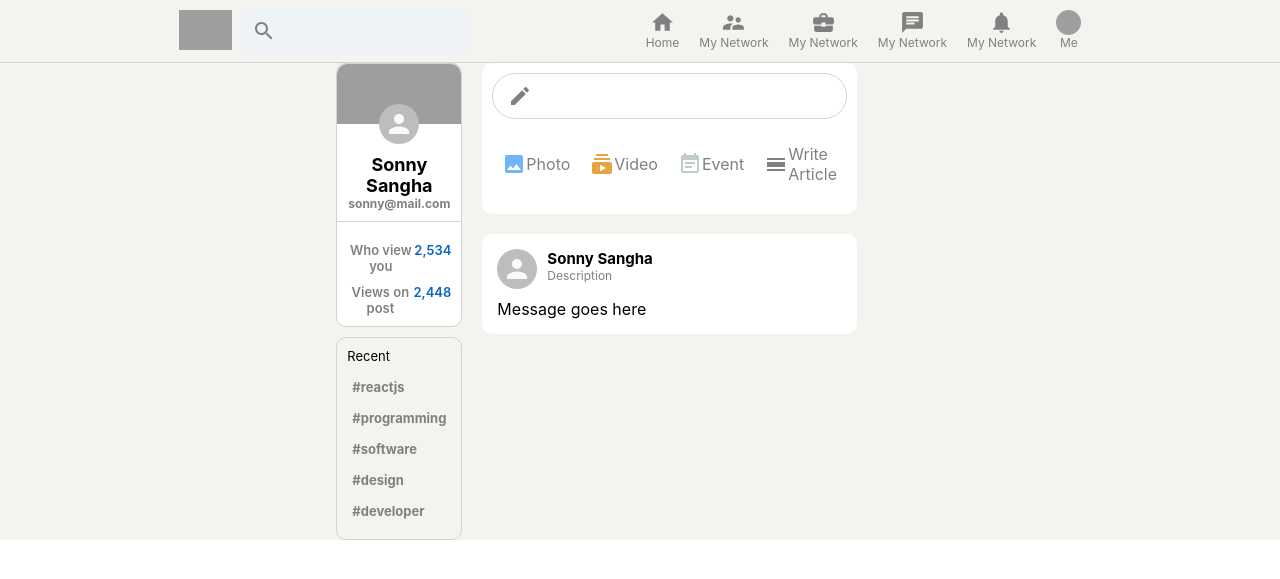
Repository: joaogamarra/linkedin-clone
Page: /
These files come from the project's save history. The page is drawn as it stood at one moment and after the next save; the edit follows.
The browser window is 1280 px wide. The pictures show the whole page.
Pictures or frames that could not be fetched are drawn as grey boxes. The project was rebuilt for these pictures with package versions that can differ from the ones it lists, and the page was loaded fresh each time.

Above is the page before, as saved 2021-02-19 14:22:16.

### src/index.js
import React from 'react'
import ReactDOM from 'react-dom'
import './index.css'
import App from './App'

ReactDOM.render(
	<React.StrictMode>
		<App />
	</React.StrictMode>,
	document.getElementById('root')
)

### src/index.css
* {
	margin: 0;
}

body {
	margin: 0;
	font-family: -apple-system, BlinkMacSystemFont, 'Segoe UI', 'Roboto', 'Oxygen', 'Ubuntu', 'Cantarell',
		'Fira Sans', 'Droid Sans', 'Helvetica Neue', sans-serif;
	-webkit-font-smoothing: antialiased;
	-moz-osx-font-smoothing: grayscale;
}

code {
	font-family: source-code-pro, Menlo, Monaco, Consolas, 'Courier New', monospace;
}

### src/App.js
import './App.css'
import Feed from './components/feed/Feed'
import Header from './components/header/Header'
import Sidebar from './components/sidebar/Sidebar'

function App() {
	return (
		<div className='App'>
			<Header />
			<div className='app__body'>
				<Sidebar />
				<Feed />
			</div>
		</div>
	)
}

export default App

### src/App.css
.App {
	background-color: #f3f3ef;
	display: flex;
	flex-direction: column;
	align-items: center;
}

.app__body {
	display: flex;
}

### src/components/feed/Feed.js
import './Feed.css'
import CreateIcon from '@material-ui/icons/Create'
import ImageIcon from '@material-ui/icons/Image'
import SubscriptionsIcon from '@material-ui/icons/Subscriptions'
import EventNoteIcon from '@material-ui/icons/EventNote'
import CalendarViewDayIcon from '@material-ui/icons/CalendarViewDay'
import InputOption from './InputOption'
import Post from './Post'

const Feed = () => {
	return (
		<div className='feed'>
			<div className='feed__inputContainer'>
				<div className='feed__input'>
					<CreateIcon />
					<form>
						<input type='text' />
						<button type='submit'>Send</button>
					</form>
				</div>
				<div className='feed__inputOptions'>
					<InputOption Icon={ImageIcon} title='Photo' color='#70b5f9' />
					<InputOption Icon={SubscriptionsIcon} title='Video' color='#E7A33E' />
					<InputOption Icon={EventNoteIcon} title='Event' color='#C0CBCD' />
					<InputOption Icon={CalendarViewDayIcon} title='Write Article' color='#70b5f7FC15E9' />
				</div>
			</div>

			<Post name='Sonny Sangha' description='this is a test' message='Wow this worked' />
		</div>
	)
}

export default Feed

### src/components/header/Header.js
import './Header.css'
import HeaderOption from './HeaderOption'
import SearchIcon from '@material-ui/icons/Search'
import HomeIcon from '@material-ui/icons/Home'
import SupervisorAccountIcon from '@material-ui/icons/SupervisorAccount'
import BusinessCenterIcon from '@material-ui/icons/BusinessCenter'
import ChatIcon from '@material-ui/icons/Chat'
import NotificationsIcon from '@material-ui/icons/Notifications'

const Header = () => {
	return (
		<div className='header'>
			<div className='header__left'>
				<img src='https://www.flaticon.com/svg/static/icons/svg/174/174857.svg' alt='' />

				<div className='header__search'>
					<SearchIcon />
					<input type='text' />
				</div>
			</div>
			<div className='header__right'>
				<HeaderOption Icon={HomeIcon} title='Home' />
				<HeaderOption Icon={SupervisorAccountIcon} title='My Network' />
				<HeaderOption Icon={BusinessCenterIcon} title='My Network' />
				<HeaderOption Icon={ChatIcon} title='My Network' />
				<HeaderOption Icon={NotificationsIcon} title='My Network' />
				<HeaderOption
					avatar='https://compassionate-leakey-e9b16b.netlify.app/images/IG_Sonny.jpeg'
					title='Me'
				/>
			</div>
		</div>
	)
}

export default Header

### src/components/sidebar/Sidebar.js
import './Sidebar.css'
import { Avatar } from '@material-ui/core'

const Sidebar = () => {
	const recentItem = (topic) => (
		<div className='sidebar__recentItem'>
			<span className='sidebar__hash'>#</span>
			<p>{topic}</p>
		</div>
	)

	return (
		<div className='sidebar'>
			<div className='sidebar__top'>
				<img
					src='https://images.unsplash.com/photo-1579546929518-9e396f3cc809?ixid=MXwxMjA3fDB8MHxwaG90by1wYWdlfHx8fGVufDB8fHw%3D&ixlib=rb-1.2.1&auto=format&fit=crop&w=1350&q=80'
					alt=''
				/>
				<Avatar className='sidebar__avatar' />
				<h2>Sonny Sangha</h2>
				<h4>sonny@mail.com</h4>
			</div>

			<div className='sidebar__stats'>
				<div className='sidebar__stat'>
					<p>Who view you</p>
					<p className='sidebar__statNumber'>2,534</p>
				</div>
				<div className='sidebar__stat'>
					<p>Views on post</p>
					<p className='sidebar__statNumber'>2,448</p>
				</div>
			</div>

			<div className='sidebar__bottom'>
				<p>Recent</p>
				{recentItem('reactjs')}
				{recentItem('programming')}
				{recentItem('software')}
				{recentItem('design')}
				{recentItem('developer')}
			</div>
		</div>
	)
}

export default Sidebar

### src/components/feed/Feed.css
.feed {
	flex: 0.6;
	margin: 0 20px;
}

.feed__inputContainer {
	padding: 10px 10px 20px 10px;
	margin-bottom: 20px;
	border-radius: 10px;
	background-color: white;
}

.feed__input {
	display: flex;
	padding: 10px 10px 10px 15px;
	color: gray;
	border: 1px solid lightgray;
	border-radius: 30px;
}

.feed__input > form {
	display: flex;
	width: 100%;
}

.feed__input > form > input {
	flex: 1;
	margin-left: 10px;
	outline-width: 0;
	font-weight: 600;
	border: none;
}

.feed__input > form > button {
	display: none;
}

.feed__inputOptions {
	display: flex;
	justify-content: space-evenly;
}

### src/components/feed/InputOption.js
import './InputOption.css'

const InputOption = ({ Icon, title, color }) => {
	return (
		<div className='inputOption'>
			<Icon style={{ color: color }} />
			{title}
		</div>
	)
}

export default InputOption

### src/components/feed/Post.js
import './Post.css'
import { Avatar } from '@material-ui/core'

const Post = ({ name, description, message, photoUrl }) => {
	return (
		<div className='post'>
			<div className='post__header'>
				<Avatar />
				<div className='post__info'>
					<h2>Sonny Sangha</h2>
					<p>Description</p>
				</div>
			</div>

			<div className='post__body'>
				<p>Message goes here</p>
			</div>
		</div>
	)
}

export default Post

### src/components/header/Header.css
.header {
	position: sticky;
	top: 0;
	display: flex;
	justify-content: space-evenly;
	padding: 10px 0;
	width: 100%;
	border-bottom: 0.1px solid lightgray;
	z-index: 30;
}

.header__left {
	display: flex;
}

.header__left > img {
	object-fit: contain;
	height: 40px;
	margin-right: 10px;
}

.header__search {
	padding: 10px;
	display: flex;
	align-items: center;
	border-radius: 5px;
	height: 22px;
	color: gray;
	background-color: #eef3f8;
}

.header__search > input {
	outline: none;
	border: none;
	background: none;
}

.header__right {
	display: flex;
}

### src/components/header/HeaderOption.js
import './HeaderOption.css'
import { Avatar } from '@material-ui/core'

const HeaderOption = ({ avatar, Icon, title }) => {
	return (
		<div className='headerOption'>
			{Icon && <Icon className='headerOption__icon' />}
			{avatar && <Avatar className='headerOption__icon' src={avatar} />}
			<h3 className='headerOption__title'>{title}</h3>
		</div>
	)
}

export default HeaderOption

### src/components/sidebar/Sidebar.css
.sidebar {
	position: sticky;
	flex: 0.2;
	top: 80px;
	height: fit-content;
	border-radius: 10px;
	text-align: center;
}

.sidebar__avatar {
	margin-bottom: 10px;
}

.sidebar__top > h4 {
	color: gray;
	font-size: 12px;
}

.sidebar__top > h2 {
	font-size: 18px;
}

.sidebar__top {
	display: flex;
	flex-direction: column;
	align-items: center;
	border: 1px solid lightgray;
	border-bottom: 0;
	border-top-left-radius: 10px;
	border-top-right-radius: 10px;
	background-color: white;
	padding-bottom: 10px;
}

.sidebar__top > img {
	margin-bottom: -20px;
	width: 100%;
	height: 60px;
	border-top-left-radius: 10px;
	border-top-right-radius: 10px;
}
.sidebar__stats {
	padding: 10px;
	margin-bottom: 10px;
	border: 1px solid lightgray;
	border-bottom-left-radius: 10px;
	border-bottom-right-radius: 10px;
	background-color: white;
}

.sidebar__stat {
	margin-top: 10px;
	display: flex;
	justify-content: space-between;
}

.sidebar__stat > p {
	color: gray;
	font-size: 13px;
	font-weight: 600;
}

.sidebar__statNumber {
	font-weight: bold;
	color: #0a66c2 !important;
}

.sidebar__bottom {
	text-align: left;
	padding: 10px;
	border: 1px solid lightgray;
	border-radius: 10px;
	margin-top: 10px;
}

.sidebar__bottom > p {
	font-size: 13px;
	padding-bottom: 10px;
}

.sidebar__recentItem {
	display: flex;
	font-size: 13px;
	color: gray;
	font-weight: bolder;
	cursor: pointer;
	margin-bottom: 5px;
	padding: 5px;
}

.sidebar__recentItem:hover {
	background-color: whitesmoke;
	border-radius: 10px;
	cursor: pointer;
	color: black;
}

.sidebar_hash {
	margin: 0 10px 0 5px;
}

### src/components/feed/InputOption.css
.inputOption {
	display: flex;
	align-items: center;
	padding: 10px;
	margin-top: 15px;
	color: gray;
	cursor: pointer;
}

.inputOption:hover {
	background-color: whitesmoke;
	border-radius: 10px;
}

.inputOption > h4 {
	margin-left: 5px;
}

### src/components/feed/Post.css
.post {
	padding: 15px;
	margin-bottom: 10px;
	border-radius: 10px;
	background-color: white;
}

.post__header {
	display: flex;
	margin-bottom: 10px;
}

.post__info {
	margin-left: 10px;
}

.post__info > p {
	font-size: 12px;
	color: gray;
}

.post__info > h2 {
	font-size: 15px;
}

.post__body {
	overflow-wrap: anywhere;
}

### src/components/header/HeaderOption.css
.headerOption {
	display: flex;
	flex-direction: column;
	align-items: center;
	margin-right: 20px;
	color: gray;
	cursor: pointer;
}

.headerOption:hover {
	color: black;
}

.headerOption__title {
	font-size: 12px;
	font-weight: 400;
}

.headerOption__icon {
	object-fit: contain;
	height: 25px !important;
	width: 25px !important;
}

Loaded but not shown: public/index.html (common file)

After the next save:
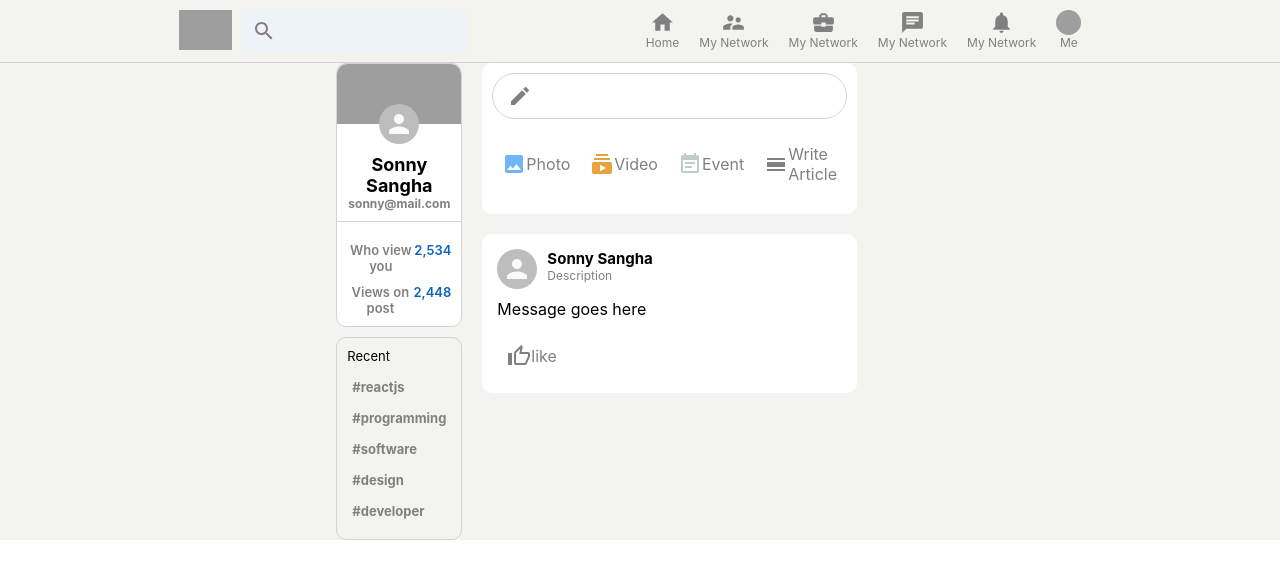
Saved 2 min 27 s later.
--- a/src/components/feed/Post.js
+++ b/src/components/feed/Post.js
@@ -1,5 +1,7 @@
 import './Post.css'
 import { Avatar } from '@material-ui/core'
+import InputOption from './InputOption'
+import ThumbUpAltOutlinedIcon from '@material-ui/icons/ThumbUpAltOutlined'
 
 const Post = ({ name, description, message, photoUrl }) => {
 	return (
@@ -15,6 +17,10 @@ const Post = ({ name, description, message, photoUrl }) => {
 			<div className='post__body'>
 				<p>Message goes here</p>
 			</div>
+
+			<div className='post__buttons'>
+				<InputOption Icon={ThumbUpAltOutlinedIcon} title='like' color='gray' />
+			</div>
 		</div>
 	)
 }
